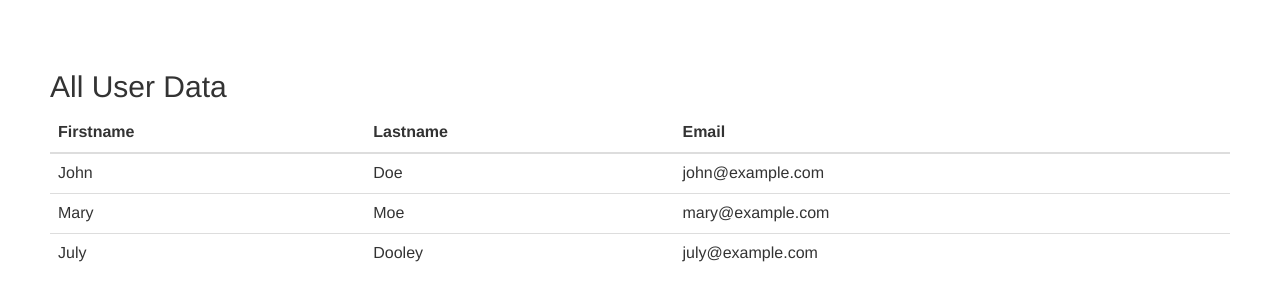
Repository: Asterisc-Institute/Advance-Java-Batch5
Page: http://localhost/Project01/show?page=1
The author's editor kept a copy of each file at every save. The page is drawn from the files as they stood at one save, then again after the next save.
The browser window is 1280 px wide. The pictures show the whole page.
The page is served by Tomcat 9. Other server files are loaded and not shown.

Above is the page before, as saved 2023-05-16 12:27:39.

### Project01/src/service/ShowServ.java
package service;

import java.io.IOException;
import java.io.PrintWriter;
import java.sql.SQLException;
import java.util.ArrayList;

import javax.servlet.ServletException;
import javax.servlet.annotation.WebServlet;
import javax.servlet.http.HttpServlet;
import javax.servlet.http.HttpServletRequest;
import javax.servlet.http.HttpServletResponse;

import model.User;
import model.UserDao;

@WebServlet("/show")
public class ShowServ extends HttpServlet {

	protected void doGet(HttpServletRequest request, HttpServletResponse response) throws ServletException, IOException {
		response.setContentType("text/html");
		PrintWriter out=response.getWriter();

		out.print("<link rel='stylesheet' href='https://maxcdn.bootstrapcdn.com/bootstrap/3.4.1/css/bootstrap.min.css'>");
		out.print("<script src='https://ajax.googleapis.com/ajax/libs/jquery/3.6.4/jquery.min.js'></script>");
		out.print("<script src='https://maxcdn.bootstrapcdn.com/bootstrap/3.4.1/js/bootstrap.min.js'></script>");

		out.print("<div style='padding:50px'>");
		out.print("<H2>All User Data</H2>");


		UserDao db=new UserDao();


		out.print("<table class='table'>");
		out.print("    <thead>");
		out.print("      <tr>");
		out.print("        <th>Firstname</th>");
		out.print("        <th>Lastname</th>");
		out.print("        <th>Email</th>");
		out.print("      </tr>");
		out.print("    </thead>");
		out.print("    <tbody>");
		out.print("      <tr>");
		out.print("        <td>John</td>");
		out.print("        <td>Doe</td>");
		out.print("        <td>john@example.com</td>");
		out.print("      </tr>");
		out.print("      <tr>");
		out.print("        <td>Mary</td>");
		out.print("        <td>Moe</td>");
		out.print("        <td>mary@example.com</td>");
		out.print("      </tr>");
		out.print("      <tr>");
		out.print("        <td>July</td>");
		out.print("        <td>Dooley</td>");
		out.print("        <td>july@example.com</td>");
		out.print("      </tr>");
		out.print("    </tbody>");
		out.print("</table>");

		out.print("</div>");

		/*
		try {
			ArrayList<User> ul=db.getAllUser();

			for(User u:ul)
			{
			out.print(u+"<br/>");
			}


		} catch (ClassNotFoundException | SQLException e) {
			// TODO Auto-generated catch block
			e.printStackTrace();
		}*/
	}


	protected void doPost(HttpServletRequest request, HttpServletResponse response) throws ServletException, IOException {
		// TODO Auto-generated method stub
		doGet(request, response);
	}

}

### Project01/src/model/UserDao.java
package model;

import java.sql.Connection;
import java.sql.DriverManager;
import java.sql.PreparedStatement;
import java.sql.ResultSet;
import java.sql.SQLException;
import java.util.ArrayList;

public class UserDao {

	String driver = "com.mysql.jdbc.Driver";
	String db_name = "batch5";
	String db_url = "jdbc:mysql://localhost:3306/" + db_name;
	String db_uname = "root";
	String db_upass = "abc123";

	Connection getConnect() throws ClassNotFoundException, SQLException
	{
		Class.forName(driver); //s1
		Connection con = DriverManager.getConnection(db_url, db_uname, db_upass);//s2
		return con;
	}

	public int save(User u) throws ClassNotFoundException, SQLException
	{
		String sql="insert into user_tbl (fname, uname, email, mob, upass, gender) values(?,?,?,?,?,?)";
		Connection con=getConnect();
		PreparedStatement ps=con.prepareStatement(sql);//s3
		ps.setString(1, u.getFname());
		ps.setString(2, u.getUname());
		ps.setString(3, u.getEmail());
		ps.setString(4, u.getMob());
		ps.setString(5, u.getUpass());
		ps.setString(6, u.getGender());

		int a =ps.executeUpdate();//s4

		con.close();//s5
		return a;

	}

	public boolean checkUser(String email) throws ClassNotFoundException, SQLException {
		String sql="select * from user_tbl where email=?";
		Connection con=getConnect();
		PreparedStatement ps=con.prepareStatement(sql);//s3
		ps.setString(1, email);
		ResultSet rs =ps.executeQuery();//s4

		boolean a=rs.absolute(1);

		con.close();//s5

		return a;
	}

	public boolean loginUser(String email, String upass) throws ClassNotFoundException, SQLException {
		String sql="select * from user_tbl where email=? and upass=?";
		Connection con=getConnect();
		PreparedStatement ps=con.prepareStatement(sql);//s3
		ps.setString(1, email);
		ps.setString(2, upass);
		ResultSet rs =ps.executeQuery();//s4

		boolean a=rs.absolute(1);

		con.close();//s5

		return a;
	}

	public ArrayList<User> getAllUser() throws ClassNotFoundException, SQLException {
		String sql="select * from user_tbl";
		Connection con=getConnect();
		PreparedStatement ps=con.prepareStatement(sql);//s3

		ResultSet rs =ps.executeQuery();//s4

		ArrayList<User> ul=new ArrayList<>();

		while(rs.next())
		{ //uid, fname, uname, email, mob, upass, gender
			User u=new User(rs.getInt(1), rs.getString(2),  rs.getString(3),  rs.getString(4),  rs.getString(5),  rs.getString(6),  rs.getString(7));
			ul.add(u);
		}

		con.close();//s5

		return ul;
	}

}

After the next save:
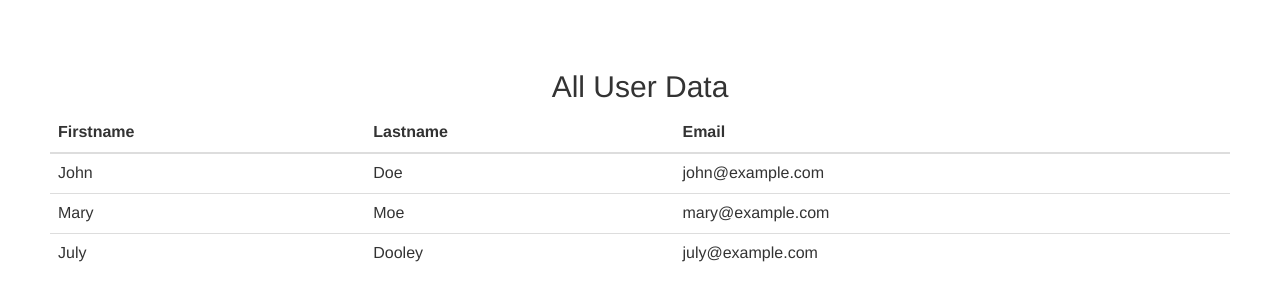
Saved 41 s later.
--- a/Project01/src/service/ShowServ.java
+++ b/Project01/src/service/ShowServ.java
@@ -26,7 +26,7 @@ public class ShowServ extends HttpServlet {
 		out.print("<script src='https://maxcdn.bootstrapcdn.com/bootstrap/3.4.1/js/bootstrap.min.js'></script>");
 
 		out.print("<div style='padding:50px'>");
-		out.print("<H2>All User Data</H2>");
+		out.print("<center><H2>All User Data</H2></center>");
 
 
 		UserDao db=new UserDao();
